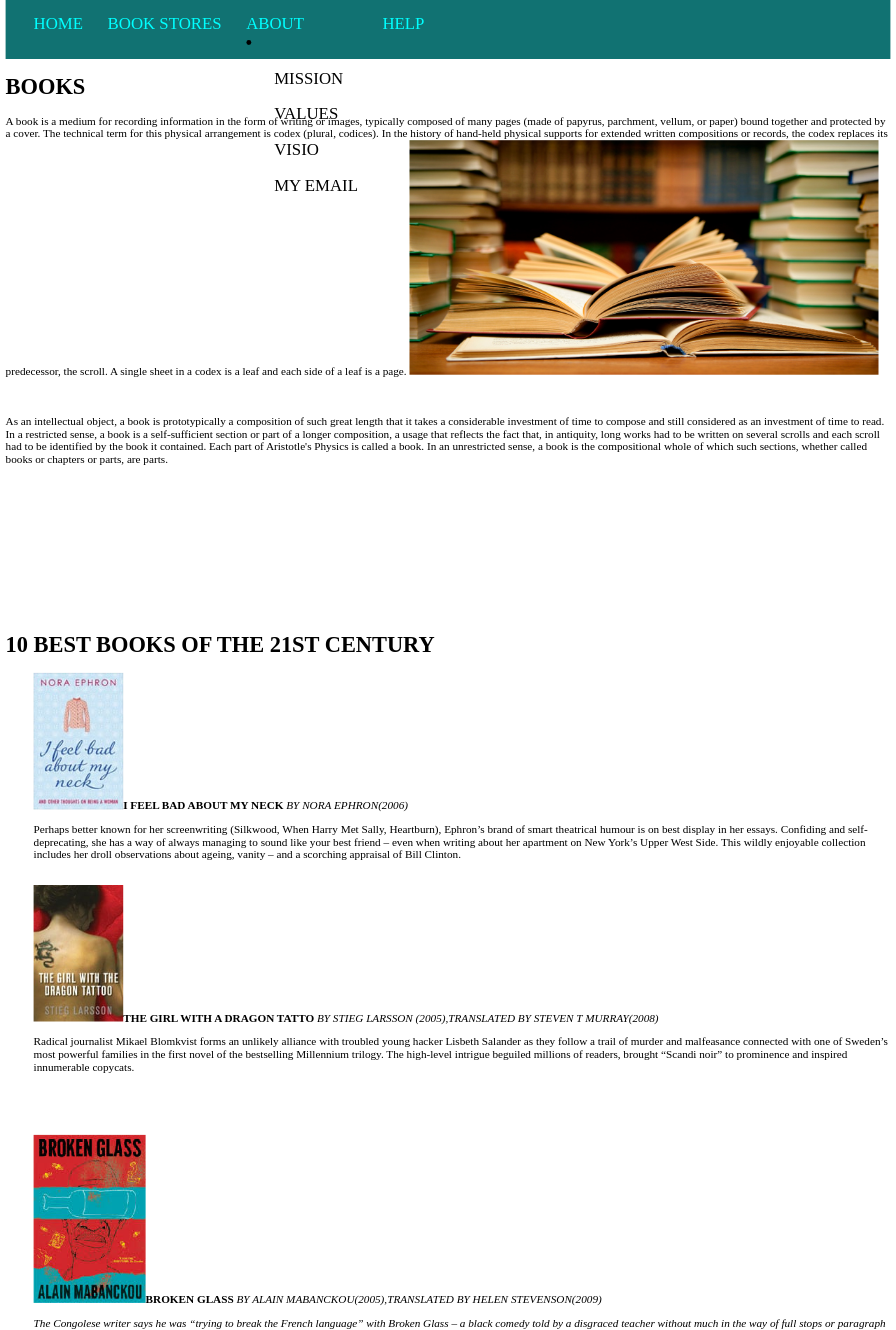
Repository: Hanan-arts/websites
Page: 01 web design/website.html
An editor plug-in stored every save of this project. The page is shown before and after the next save, followed by the edit.
The browser window is 1280 px wide. The pictures show the part of the page from y = 566 to 2466 px (the page is 4708 px tall), at 70% of full size.
A picture or video elsewhere on the page could not be fetched, so the positions and the page height are approximate.

Above is the page before, as saved 2021-02-15 12:02:55.

After the next save:
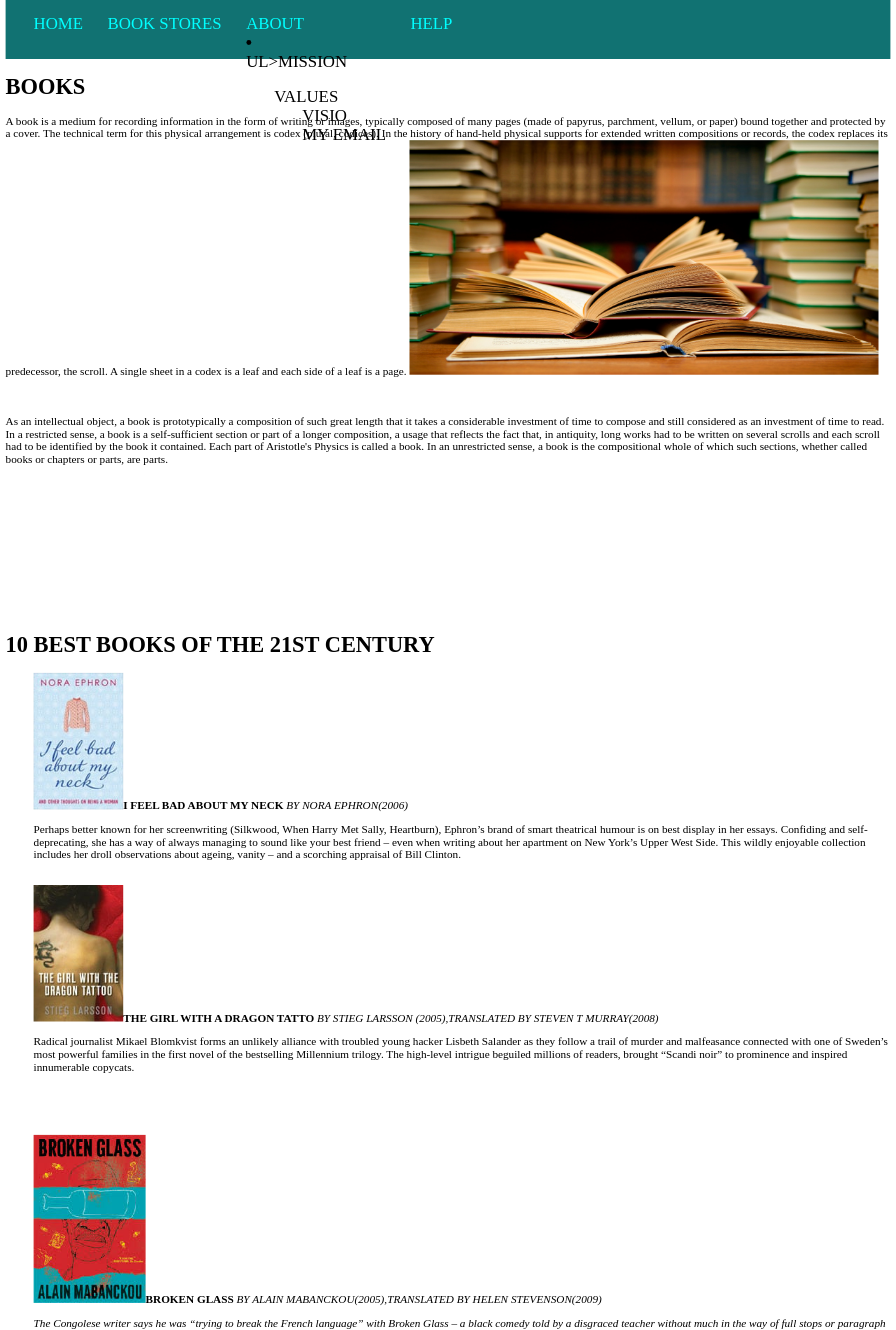
Saved 20 s later.
--- a/01 web design/website.html
+++ b/01 web design/website.html
@@ -27,8 +27,8 @@
             </div>
                 <div class="nav-link-wrapper">
                     <a href="About.html">ABOUT</a>
-                    <li></li><ul>mission</ul>
-                    <ul>values</ul>
+                    <li></li>ul>mission</ul>
+                    <ul>values</ul<>
                     <ul>visio</ul>
                     <ul>my email</ul>
                 </div>
